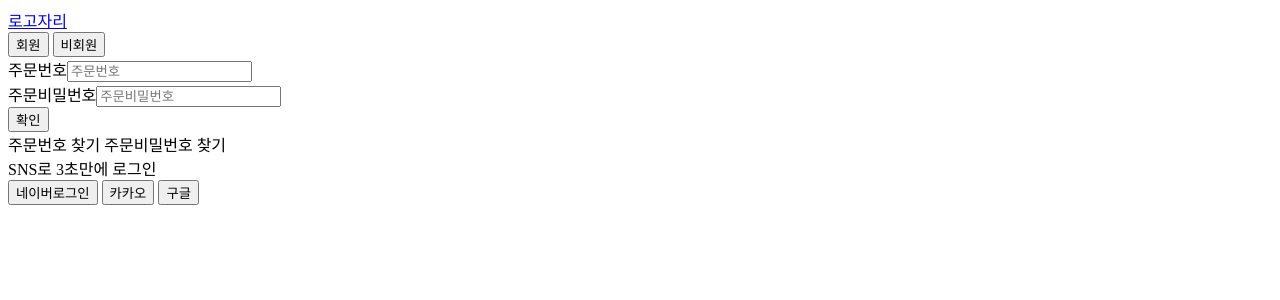
Repository: leehyeonung/project6
Page: http://localhost/book/member/login-non.jsp
An editor plug-in stored every save of this project. The page is shown before and after the next save, followed by the edit.
The browser window is 1280 px wide. The pictures show the whole page.
The page is served by Tomcat 9. Nobody is signed in. The application's start-up code is not run. Other server files are loaded and not shown.

Above is the page before, as saved 2023-01-02 01:34:24.

### book/src/main/webapp/member/login-non.jsp
<%@ page language="java" contentType="text/html; charset=UTF-8"
    pageEncoding="UTF-8"%>
<!DOCTYPE html>
<html>
<head>
<meta charset="UTF-8">
<title>Insert title here</title>
</head>
<body>
<a href="#">로고자리</a><br>
<button>회원</button>
<button>비회원</button><br>
주문번호<input type="text" placeholder="주문번호"><Br>
주문비밀번호<input type="text" placeholder="주문비밀번호"><br>
<a><button type="button">확인</button></a><br>


<a>주문번호 찾기</a>
<a>주문비밀번호 찾기</a>

<div>
	<span>
		<div class="login_line">
			<span>SNS로 3초만에 로그인</span>
		</div>
	</span>
	<div>
		<button>네이버로그인</button>
		<button>카카오</button>
		<button>구글</button>
	</div>
</div>
</body>
</html>

After the next save:
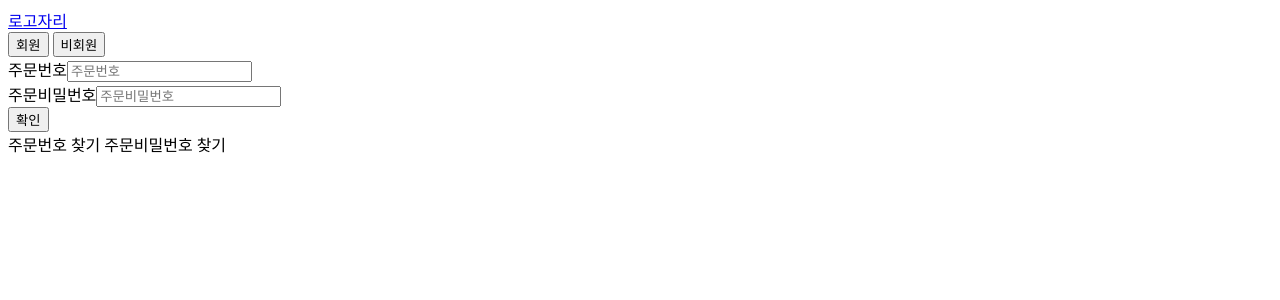
Saved 2 min 15 s later.
--- a/book/src/main/webapp/member/login-non.jsp
+++ b/book/src/main/webapp/member/login-non.jsp
@@ -18,17 +18,6 @@
 <a>주문번호 찾기</a>
 <a>주문비밀번호 찾기</a>
 
-<div>
-	<span>
-		<div class="login_line">
-			<span>SNS로 3초만에 로그인</span>
-		</div>
-	</span>
-	<div>
-		<button>네이버로그인</button>
-		<button>카카오</button>
-		<button>구글</button>
-	</div>
-</div>
+
 </body>
 </html>
